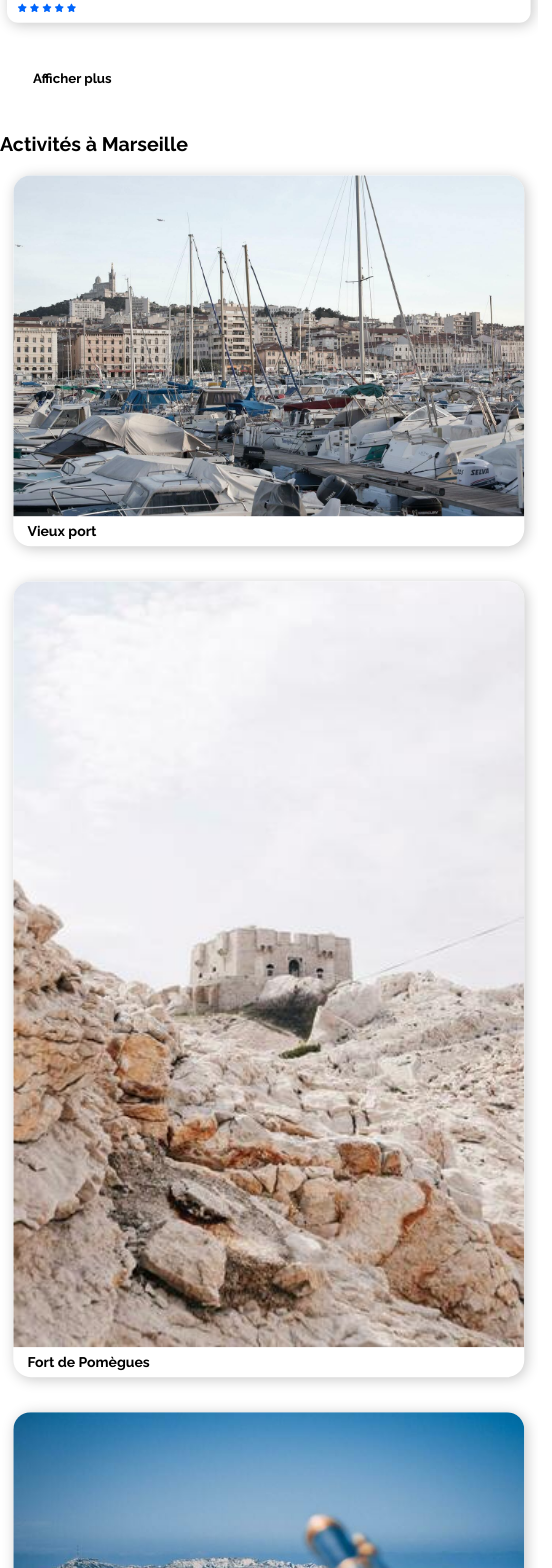
Repository: leandroBarbosaFR/booki
Page: index.html
These files come from the project's save history. The page is drawn as it stood at one moment and after a run of saves; the edit follows.
The browser window is 768 px wide. The page is 768 px wide, then 788 px, so the pictures cover 788 px, including what lies to the right of the window. The pictures show the part of the page from y = 3048 to 5288 px (the page is 7680 px tall before and 5227 px after), at 70% of full size.

Above is the page before, as saved 2022-07-22 15:50:33.

After the next 2 saves:
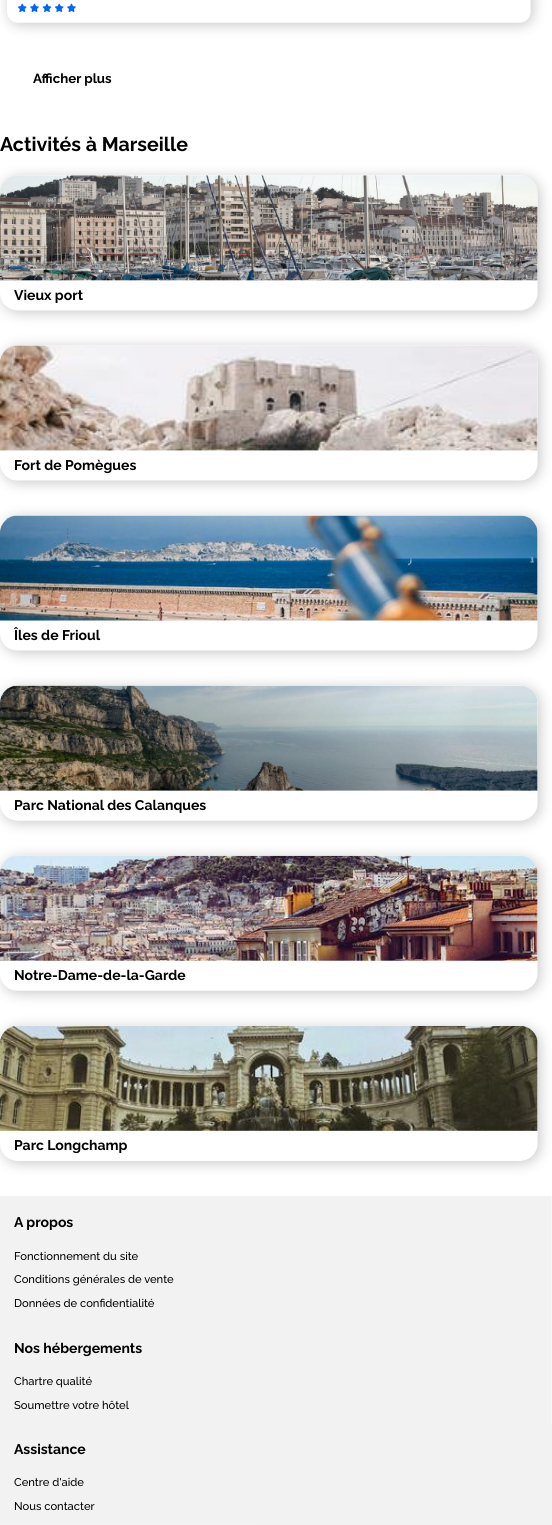
The 2 saves are shown as one change because they came seconds apart.
The last was saved 13 s later.
--- a/css/style.css
+++ b/css/style.css
@@ -529,9 +529,11 @@
       padding: 5px;
   }
   .widthactivites {
-    width: 95%;
-    margin: 0 auto;
-
+      width: 100%;
+  }
+  .imgwidth {
+      height: 150px;
+  }
   .footer {
       flex-direction: column;
       width: 100%;
